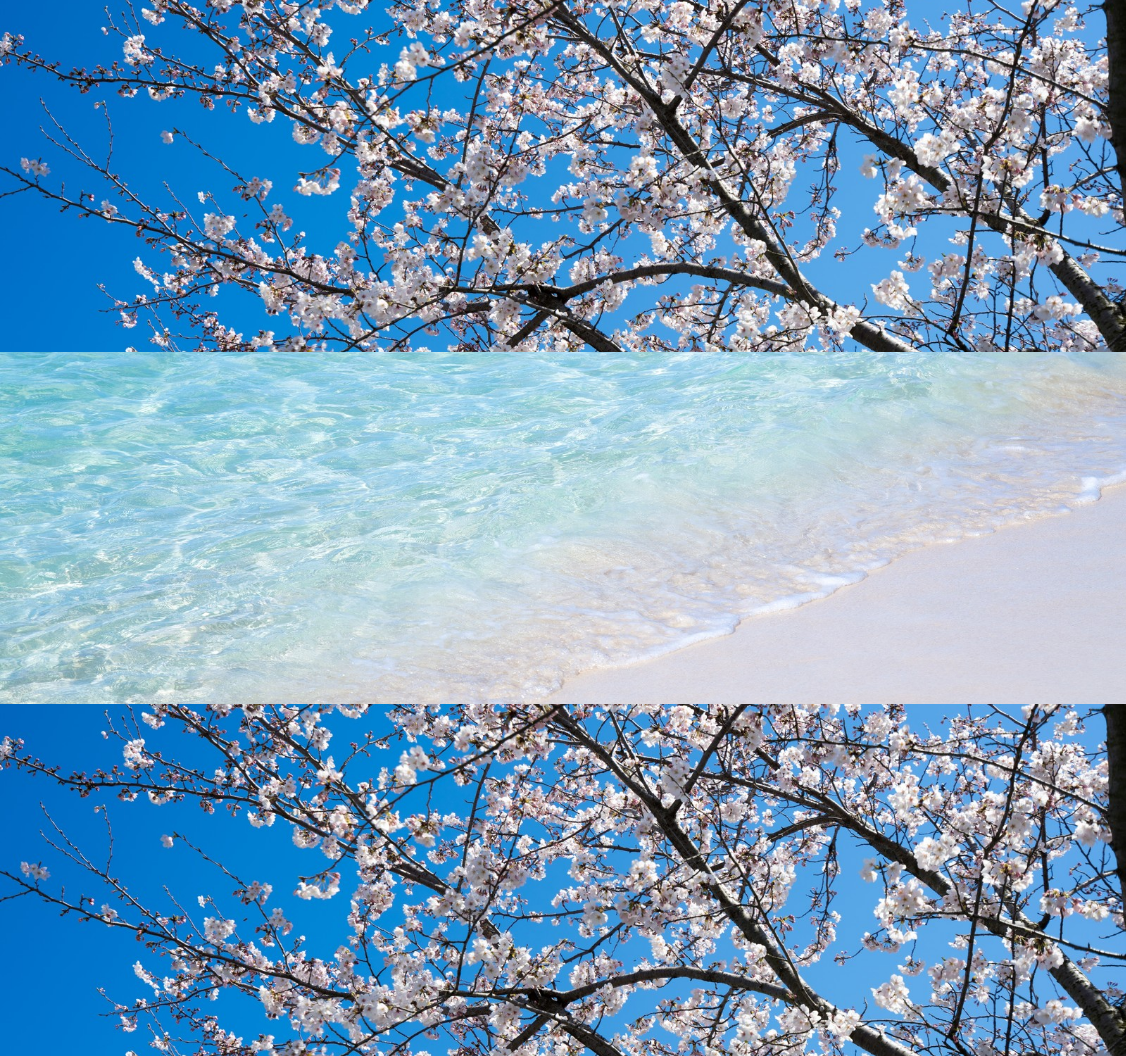
Repository: pooh0721/-
Page: sample6/chapter6.html
The author's editor kept a record of every edit. The page is drawn from the files as they stood at one moment, then again after the next edit.
The browser window is 1280 px wide. The pictures show the whole page, at 88% of full size.

Above is the page before.

After the next edit:
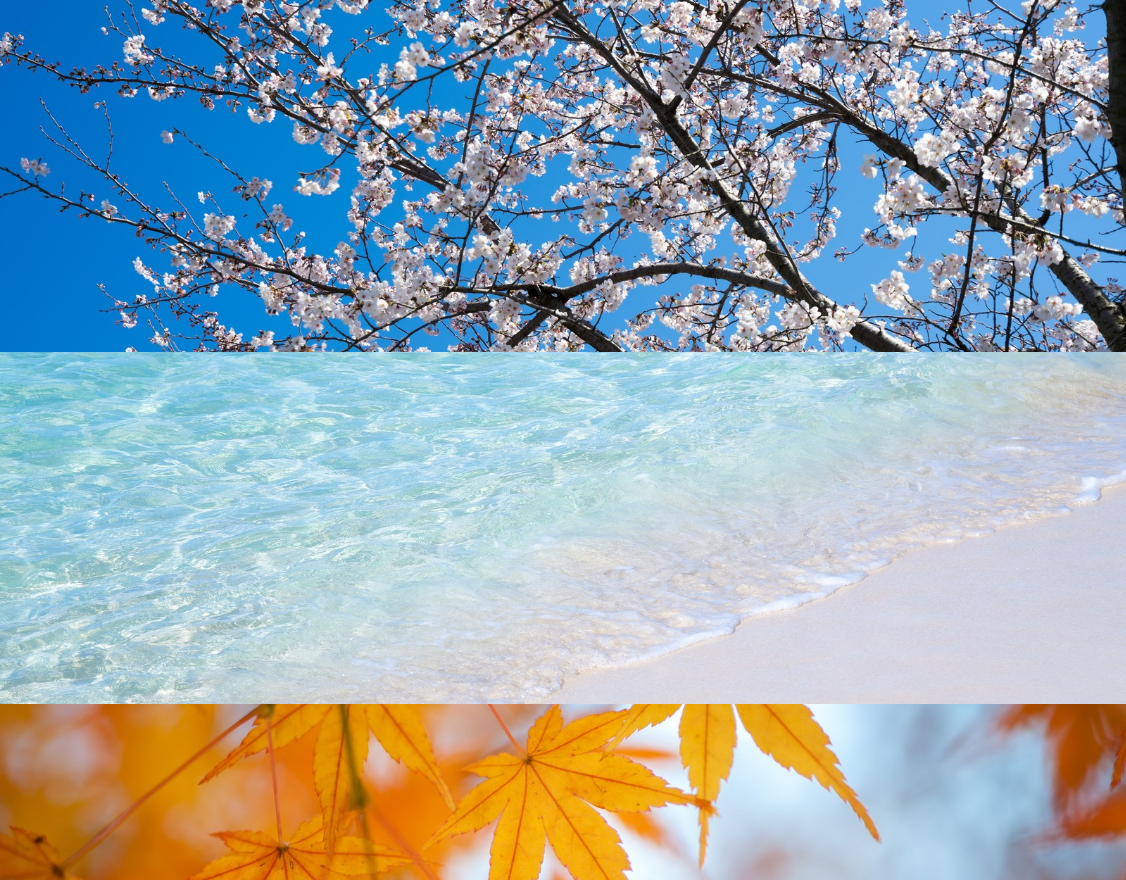
The edit:
--- a/sample6/style.css
+++ b/sample6/style.css
@@ -33,8 +33,8 @@
 
 .img3 {
   width: 100%;
-  height: 400px;
-  background-image: url(img/box1.jpg);
+  height: 200px;
+  background-image: url(img/box3.jpg);
   background-size: cover;
   background-position: center;
 
